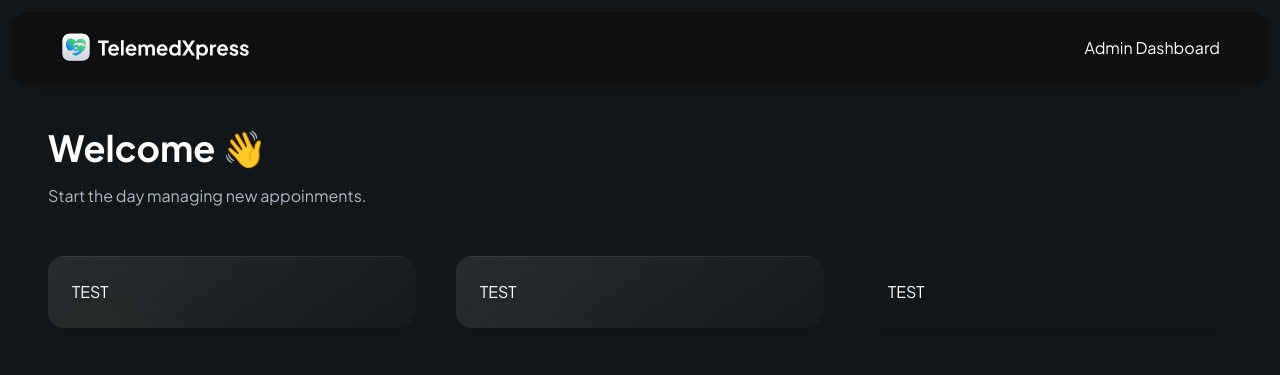
Repository: Carlito-Pedida/telemed
Page: /admin
The author's editor kept a copy of each file at every save. The page is drawn from the files as they stood at one save, then again after the next save.
The browser window is 1280 px wide. The pictures show the whole page.
The project was rebuilt for these pictures with package versions that can differ from the ones it lists, and the page was loaded fresh each time. The framework's server and built-in components were replaced by stand-ins that run in the browser. Also part of the build but not shown: next.config.mjs.

Above is the page before, as saved 2024-11-08 16:14:13.

### app/layout.tsx
import type { Metadata } from "next";
import { Plus_Jakarta_Sans } from "next/font/google";
import "./globals.css";
import { cn } from "@/lib/utils";
import { ThemeProvider } from "@/components/theme-provider";

const fontSans = Plus_Jakarta_Sans({
  subsets: ["latin"],
  weight: ["300", "400", "500", "600", "700"],
  variable: "--font-sans"
});

export const metadata: Metadata = {
  title: "TelemedXpress",
  description: "An Online Healthcare Resource"
};

export default function RootLayout({
  children
}: Readonly<{
  children: React.ReactNode;
}>) {
  return (
    <html lang="en">
      <body
        className={cn(
          "min-h-screen bg-dark-300 font-sans antialiased",
          fontSans.variable
        )}
      >
        <ThemeProvider
          attribute="class"
          defaultTheme="dark"
          enableSystem
          disableTransitionOnChange
        >
          {children}
        </ThemeProvider>
      </body>
    </html>
  );
}

### app/admin/page.tsx
import StatCard from "@/components/StatCard";
import Image from "next/image";
import Link from "next/link";
import React from "react";

const Admin = () => {
  return (
    <div className="mx-auto flex max-w-7xl flex-col space-y-14">
      <header className="admin-header">
        <Link href="/" className="cursor-pointer">
          <Image
            src="/assets/icons/logo-full.svg"
            height={32}
            width={32}
            alt="Logo"
            className="h-8 w-fit"
          />
        </Link>

        <p className="" text-16-semibold>
          Admin Dashboard
        </p>
      </header>
      <main className="admin-main">
        <section className="w-full space-y-4">
          <h1 className="header">Welcome 👋</h1>
          <p className="text-dark-700">
            Start the day managing new appoinments.
          </p>
        </section>

        <section className="admin-stat">
          <StatCard
            type="appointments"
            count={5}
            label="Scheduled appointments"
            icon="/assets/icons/appointments.svg"
          />

          <StatCard
            type="pending"
            count={10}
            label="Pending appointments"
            icon="/assets/icons/pending.svg"
          />

          <StatCard
            type="canceled"
            count={2}
            label="Canceled appointments"
            icon="/assets/icons/canceled.svg"
          />
        </section>
      </main>
    </div>
  );
};

export default Admin;

### lib/utils.ts
import { type ClassValue, clsx } from "clsx";
import { twMerge } from "tailwind-merge";

export function cn(...inputs: ClassValue[]) {
  return twMerge(clsx(inputs));
}

export const parseStringify = (value: any) => JSON.parse(JSON.stringify(value));

export const convertFileToUrl = (file: File) => URL.createObjectURL(file);

// FORMAT DATE TIME
export const formatDateTime = (dateString: Date | string) => {
  const dateTimeOptions: Intl.DateTimeFormatOptions = {
    // weekday: "short", // abbreviated weekday name (e.g., 'Mon')
    month: "short", // abbreviated month name (e.g., 'Oct')
    day: "numeric", // numeric day of the month (e.g., '25')
    year: "numeric", // numeric year (e.g., '2023')
    hour: "numeric", // numeric hour (e.g., '8')
    minute: "numeric", // numeric minute (e.g., '30')
    hour12: true // use 12-hour clock (true) or 24-hour clock (false)
  };

  const dateDayOptions: Intl.DateTimeFormatOptions = {
    weekday: "short", // abbreviated weekday name (e.g., 'Mon')
    year: "numeric", // numeric year (e.g., '2023')
    month: "2-digit", // abbreviated month name (e.g., 'Oct')
    day: "2-digit" // numeric day of the month (e.g., '25')
  };

  const dateOptions: Intl.DateTimeFormatOptions = {
    month: "short", // abbreviated month name (e.g., 'Oct')
    year: "numeric", // numeric year (e.g., '2023')
    day: "numeric" // numeric day of the month (e.g., '25')
  };

  const timeOptions: Intl.DateTimeFormatOptions = {
    hour: "numeric", // numeric hour (e.g., '8')
    minute: "numeric", // numeric minute (e.g., '30')
    hour12: true // use 12-hour clock (true) or 24-hour clock (false)
  };

  const formattedDateTime: string = new Date(dateString).toLocaleString(
    "en-US",
    dateTimeOptions
  );

  const formattedDateDay: string = new Date(dateString).toLocaleString(
    "en-US",
    dateDayOptions
  );

  const formattedDate: string = new Date(dateString).toLocaleString(
    "en-US",
    dateOptions
  );

  const formattedTime: string = new Date(dateString).toLocaleString(
    "en-US",
    timeOptions
  );

  return {
    dateTime: formattedDateTime,
    dateDay: formattedDateDay,
    dateOnly: formattedDate,
    timeOnly: formattedTime
  };
};

export function encryptKey(passkey: string) {
  return btoa(passkey);
}

export function decryptKey(passkey: string) {
  return atob(passkey);
}

### components/StatCard.tsx
import clsx from "clsx";
import React from "react";

interface StatCardProps {
  type: "appointments" | "pending" | "canceled";
  count: number;
  label: string;
  icon: string;
}

const StatCard = ({ count = 0, label, icon, type }: StatCardProps) => {
  return (
    <div
      className={clsx("stat-card", {
        "bg-appointments": type === "appointments",
        "bg-pending": type === "pending",
        "bg-canceled": type === "canceled"
      })}
    >
      TEST
    </div>
  );
};

export default StatCard;

### tailwind.config.ts
import type { Config } from "tailwindcss";

const { fontFamily } = require("tailwindcss/defaultTheme");

const config = {
  darkMode: ["class"],
  content: [
    "./pages/**/*.{ts,tsx}",
    "./components/**/*.{ts,tsx}",
    "./app/**/*.{ts,tsx}",
    "./src/**/*.{ts,tsx}"
  ],
  prefix: "",
  theme: {
    container: {
      center: true,
      padding: "2rem",
      screens: {
        "2xl": "1400px"
      }
    },
    extend: {
      colors: {
        green: {
          500: "#24AE7C",
          600: "#0D2A1F"
        },
        blue: {
          500: "#79B5EC",
          600: "#152432"
        },
        red: {
          500: "#F37877",
          600: "#3E1716",
          700: "#F24E43"
        },
        light: {
          200: "#E8E9E9"
        },
        dark: {
          200: "#0D0F10",
          300: "#131619",
          400: "#1A1D21",
          500: "#363A3D",
          600: "#76828D",
          700: "#ABB8C4"
        }
      },
      fontFamily: {
        sans: ["var(--font-sans)", ...fontFamily.sans]
      },
      backgroundImage: {
        appointments: "url('/assets/images/appointments-bg.png')",
        pending: "url('/assets/images/pending-bg.png')",
        cancelled: "url('/assets/images/cancelled-bg.png')"
      },
      keyframes: {
        "accordion-down": {
          from: { height: "0" },
          to: { height: "var(--radix-accordion-content-height)" }
        },
        "accordion-up": {
          from: { height: "var(--radix-accordion-content-height)" },
          to: { height: "0" }
        },
        "caret-blink": {
          "0%,70%,100%": { opacity: "1" },
          "20%,50%": { opacity: "0" }
        }
      },
      animation: {
        "accordion-down": "accordion-down 0.2s ease-out",
        "accordion-up": "accordion-up 0.2s ease-out",
        "caret-blink": "caret-blink 1.25s ease-out infinite"
      }
    }
  },
  plugins: [require("tailwindcss-animate")]
} satisfies Config;

export default config;

Loaded but not shown: app/globals.css (common file); components/theme-provider.tsx (common file)

After the next save:
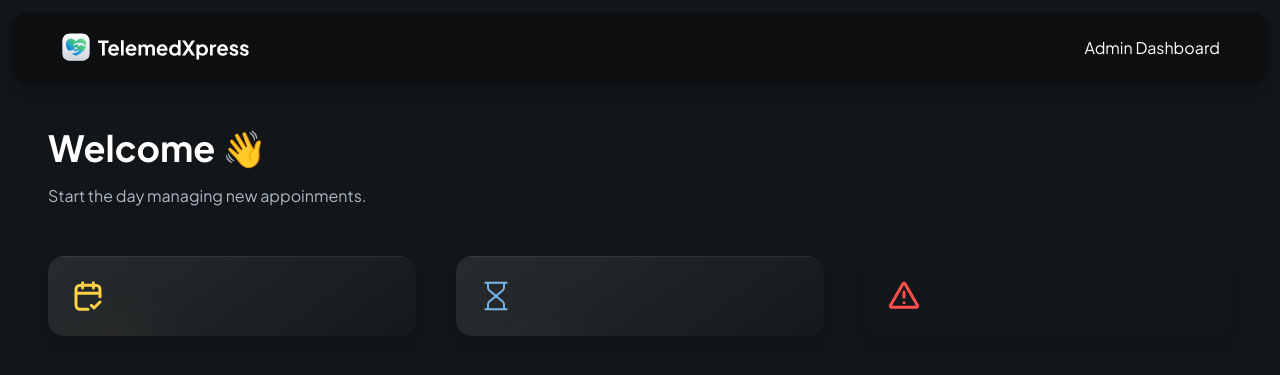
Saved 2 min 39 s later.
--- a/components/StatCard.tsx
+++ b/components/StatCard.tsx
@@ -1,4 +1,5 @@
 import clsx from "clsx";
+import Image from "next/image";
 import React from "react";
 
 interface StatCardProps {
@@ -17,7 +18,15 @@ const StatCard = ({ count = 0, label, icon, type }: StatCardProps) => {
         "bg-canceled": type === "canceled"
       })}
     >
-      TEST
+      <div className="flex items-center gap-4">
+        <Image
+          src={icon}
+          height={32}
+          width={32}
+          alt={label}
+          className="size-8 w-fit"
+        />
+      </div>
     </div>
   );
 };
